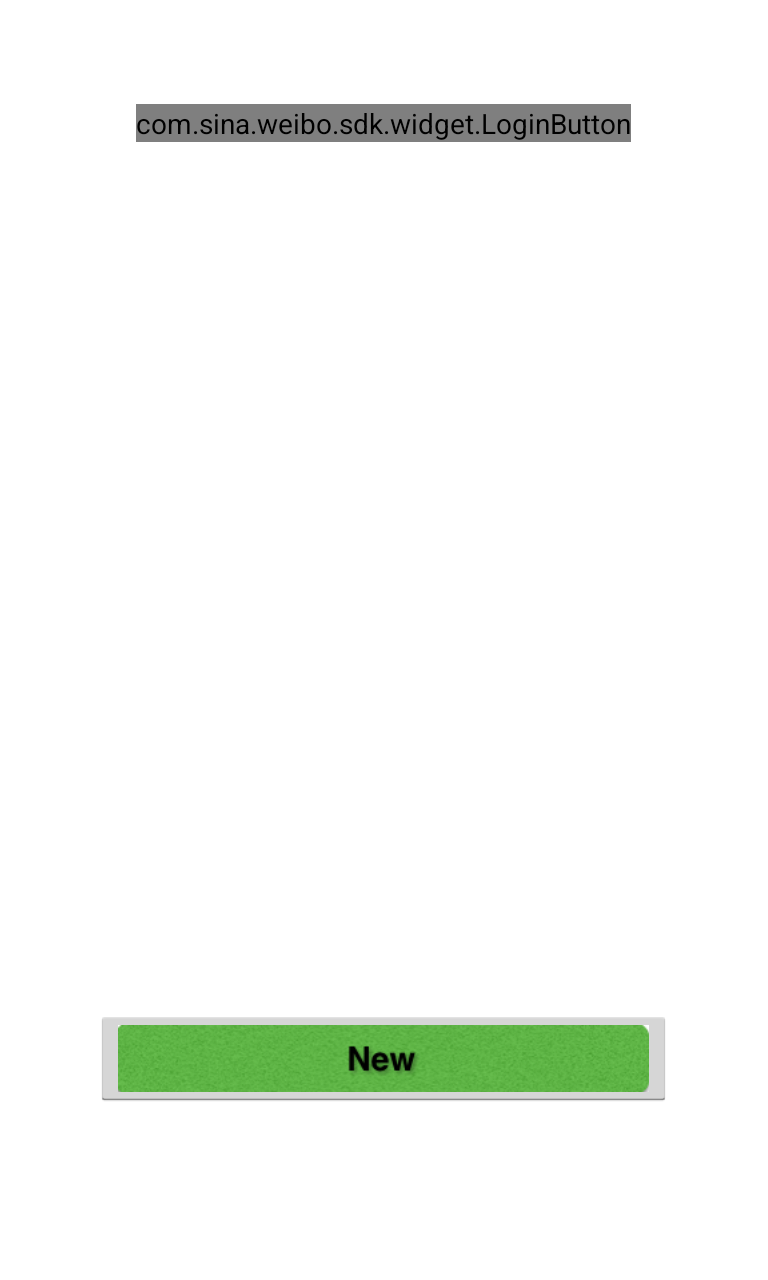
Repository: aojue/HappyAA
Layout: HappyAA/res/layout/activity_main.xml
An editor plug-in stored every save of this project. The layout is shown before and after the next save, followed by the edit.
Pictures or frames that could not be fetched are drawn as grey boxes. It is drawn on a 768 x 1280 px phone screen (xhdpi) without system bars, with theme AppTheme; the app's code is not run.

Above is the layout before, as saved 2014-10-24 10:20:39.

After the next save:
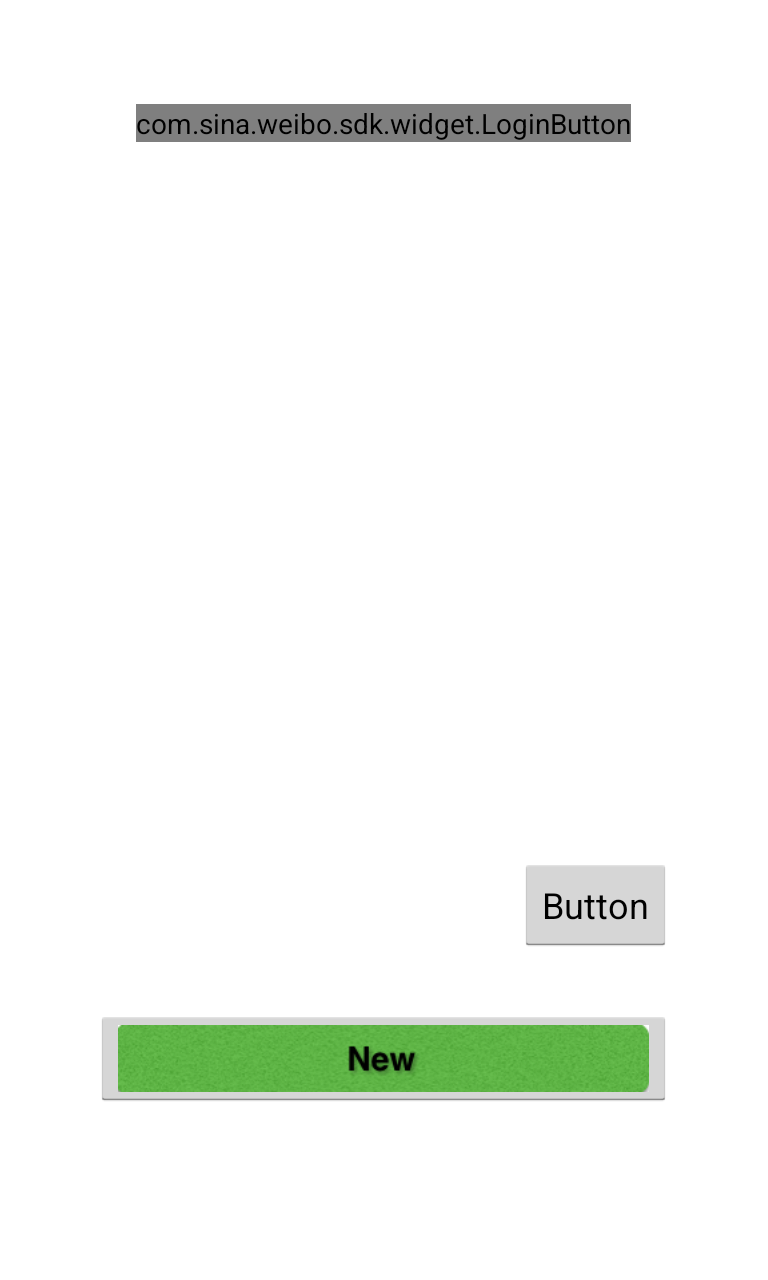
Saved 2 min 4 s later.
--- a/HappyAA/res/layout/activity_main.xml
+++ b/HappyAA/res/layout/activity_main.xml
@@ -27,4 +27,13 @@
         android:contentDescription="@drawable/ic_lb"
         android:src="@drawable/ic_lb" />
 
+    <Button
+        android:id="@+id/button1"
+        android:layout_width="wrap_content"
+        android:layout_height="wrap_content"
+        android:layout_above="@+id/imageButton1"
+        android:layout_alignRight="@+id/imageButton1"
+        android:layout_marginBottom="28dp"
+        android:text="Button" />
+
 </RelativeLayout>

After the save that followed:
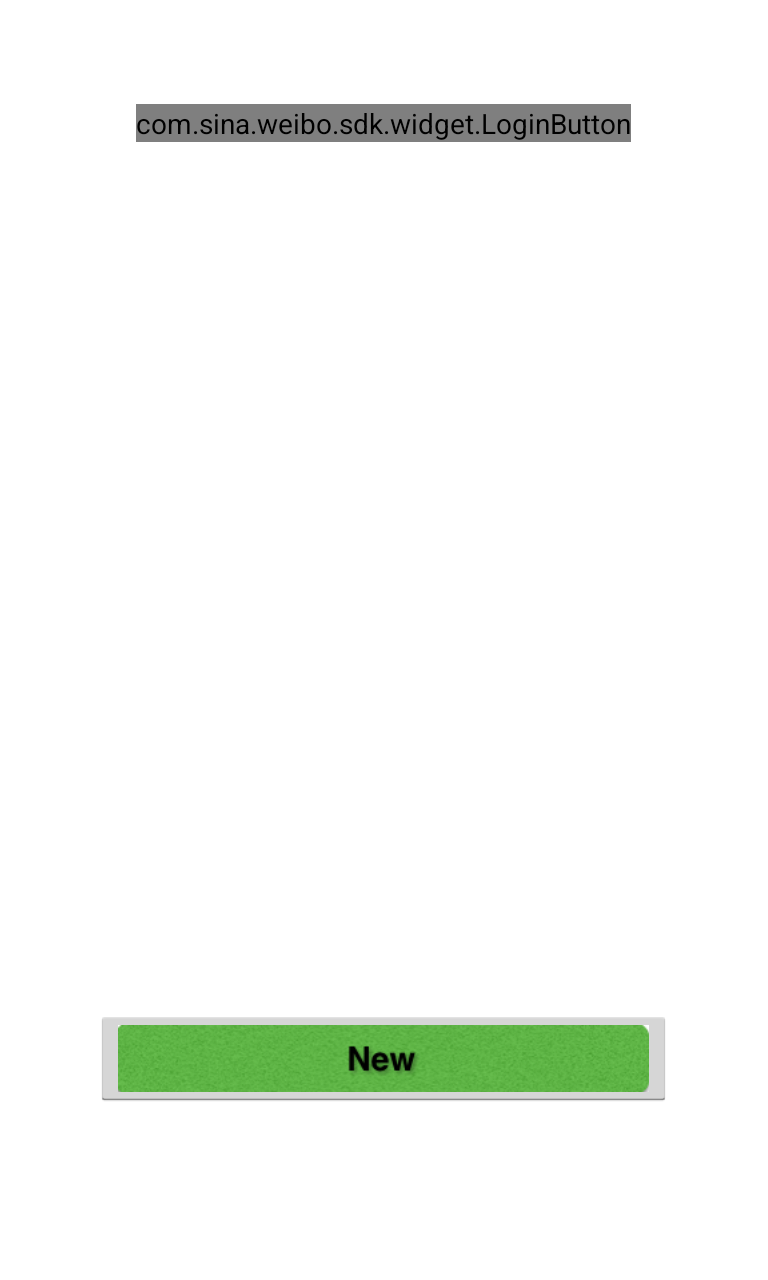
Saved 8 min 52 s later.
--- a/HappyAA/res/layout/activity_main.xml
+++ b/HappyAA/res/layout/activity_main.xml
@@ -27,13 +27,4 @@
         android:contentDescription="@drawable/ic_lb"
         android:src="@drawable/ic_lb" />
 
-    <Button
-        android:id="@+id/button1"
-        android:layout_width="wrap_content"
-        android:layout_height="wrap_content"
-        android:layout_above="@+id/imageButton1"
-        android:layout_alignRight="@+id/imageButton1"
-        android:layout_marginBottom="28dp"
-        android:text="Button" />
-
 </RelativeLayout>
